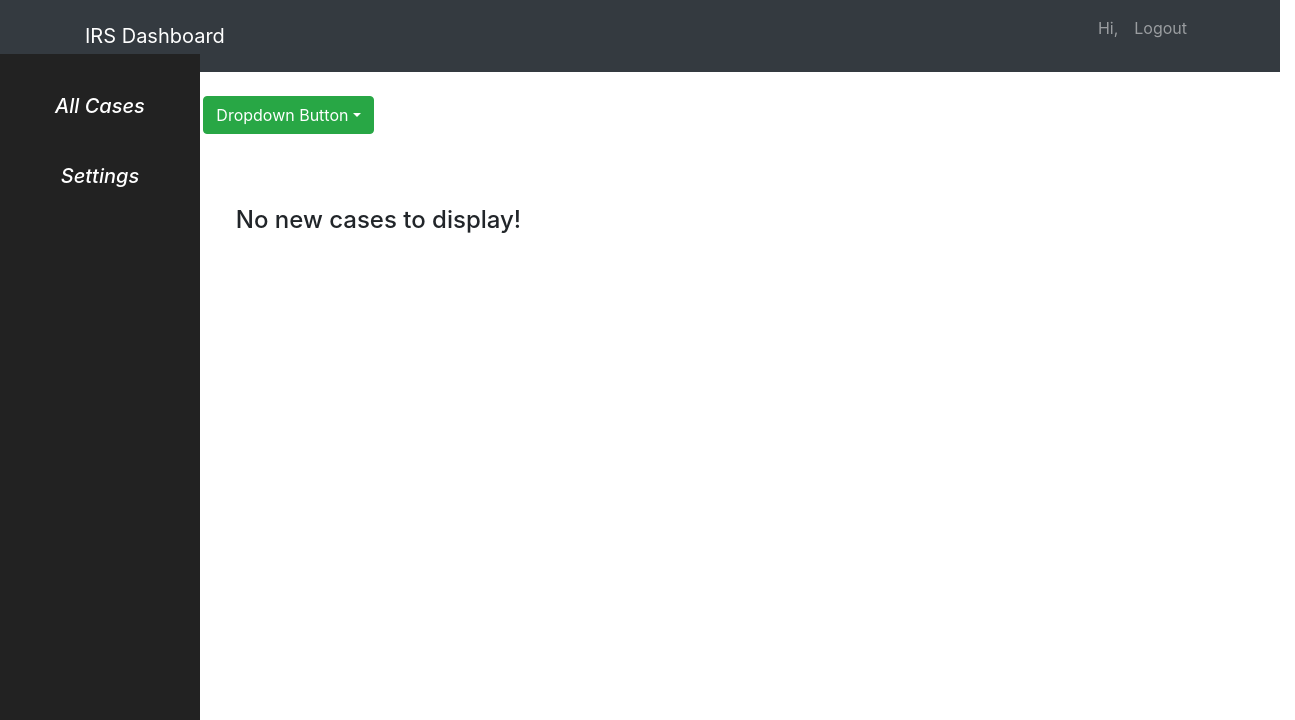
Repository: greeshmavyas/IRS_CS
Page: /AgentDashboard (app in AgentManagement/Frontend/)
The author's editor kept a copy of each file at every save. The page is drawn from the files as they stood at one save, then again after the next save.
The browser window is 1280 px wide. The page is 1295 px wide, so the pictures cover 1295 px, including what lies to the right of the window. The pictures show the whole page.
The page's requests for data from a server got no answer. Some web libraries are served in a nearby version. The project was rebuilt for these pictures with package versions that can differ from the ones it lists, and the page was loaded fresh each time. No one was signed in, and anything a server would have sent is missing. Also part of the build but not shown: AgentManagement/Frontend/src/components/NavbarLogin.js, AgentManagement/Frontend/src/components/login.js, AgentManagement/Frontend/src/components/Settings.js, AgentManagement/frontend/src/App.css.

Above is the page before, as saved 2020-10-27 01:42:03.

After the next save:
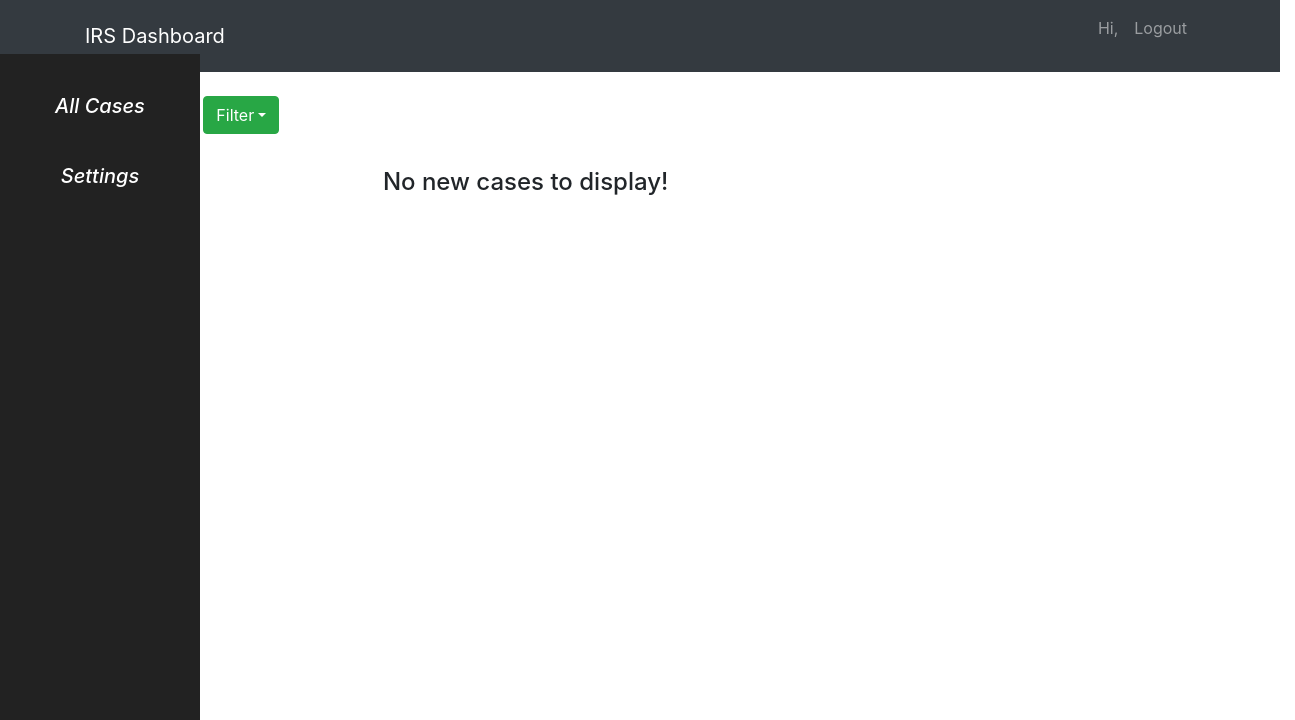
Saved 32 s later.
--- a/AgentManagement/Frontend/src/components/Dashboard.js
+++ b/AgentManagement/Frontend/src/components/Dashboard.js
@@ -123,8 +123,8 @@ class Dashboard extends Component {
             <Sidebar /></div>
           <Dropdown>
             <Dropdown.Toggle variant="success" id="dropdown-basic">
-              Dropdown Button
-  </Dropdown.Toggle>
+              Filter
+            </Dropdown.Toggle>
 
             <Dropdown.Menu>
               <Dropdown.Item href="#/action-1">Action</Dropdown.Item>
